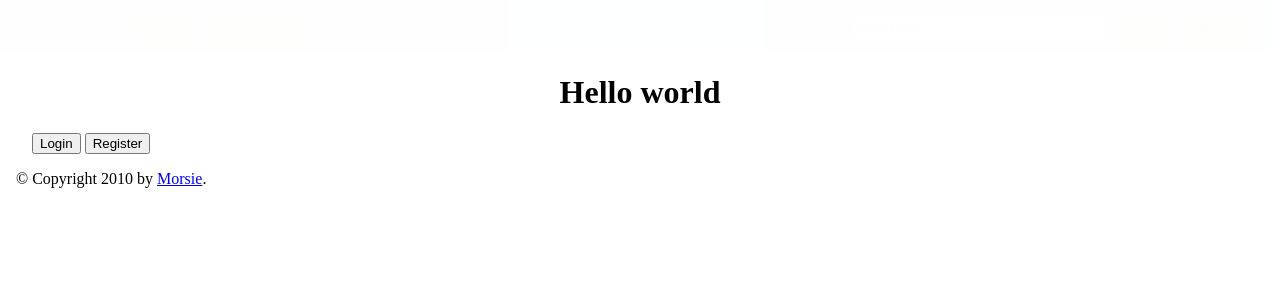
Repository: MorsChen/python-blog
Page: templates/home.html
These files come from the project's save history. The page is drawn as it stood at one moment and after the next save; the edit follows.
The browser window is 1280 px wide. The pictures show the whole page.
The page is served by the project's application, run on Flask 3 (default.py). The template is opened directly, without the code that normally fills it, so the values that code supplies are empty.

Above is the page before, as saved 2019-09-09 17:02:18.

After the next save:
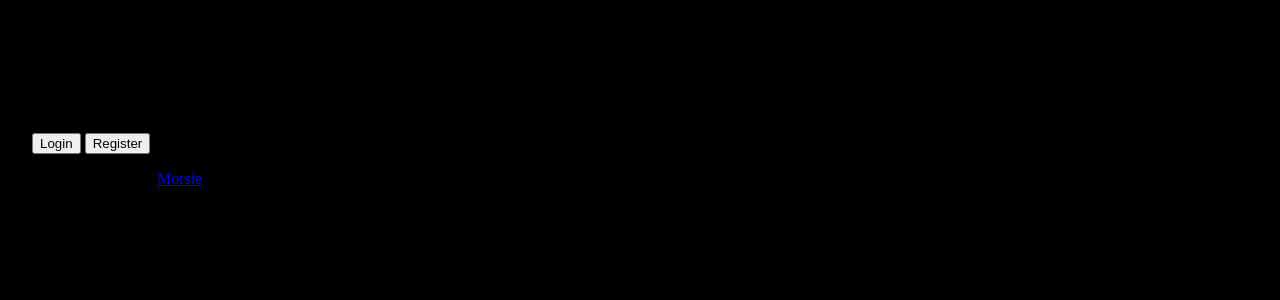
Saved 8 s later.
--- a/static/style.css
+++ b/static/style.css
@@ -1,5 +1,5 @@
 body{
-    /* background-color: black; */
+    background-color: black;
     margin: 0;
 }
 
